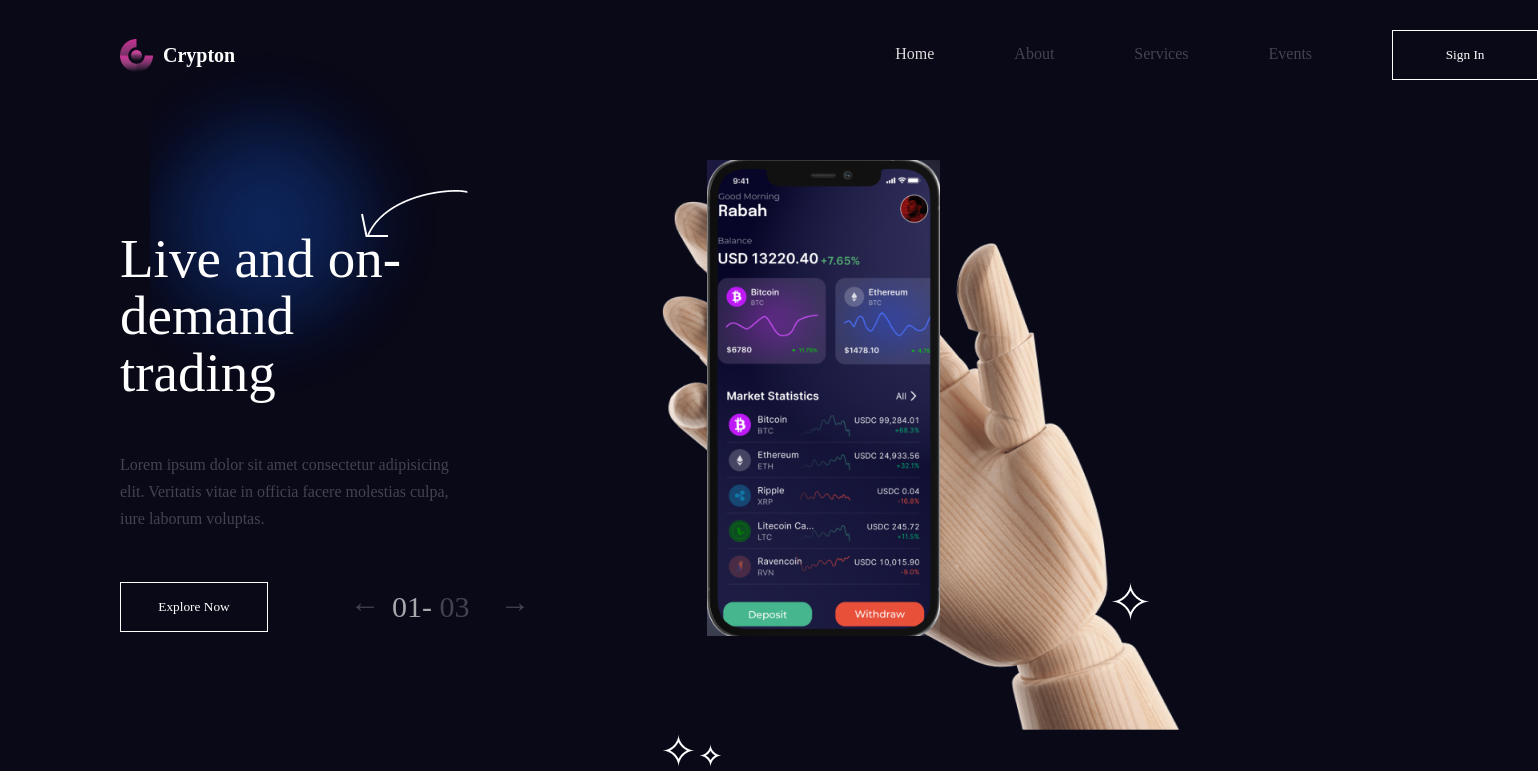
Repository: isaacCodes1/Crypton-Website
Page: index.html
An editor plug-in stored every save of this project. The page is shown before and after the next save, followed by the edit.
The browser window is 1280 px wide. The page is 1538 px wide, so the pictures cover 1538 px, including what lies to the right of the window. The pictures show the whole page.

Above is the page before, as saved 2024-05-14 21:11:56.

### index.html
<!DOCTYPE html>
<html lang="en">
  <head>
    <meta charset="UTF-8" />
    <meta name="viewport" content="width=device-width, initial-scale=1.0" />
    <link rel="stylesheet" href="style.css" />
    <title>Crypton HomePage</title>
  </head>
  <body>
    <header>
      <nav>
        <div class="headerGen">
          <div class="logo">
            <img class="logoImage" src="/Assets/Group 605.png" alt="" />
            <p class="logoText">Crypton</p>
            <ul>
              <li>Home</li>
              <li style="color: #d6d5d54a">About</li>
              <li style="color: #d6d5d54a">Services</li>
              <li style="color: #d6d5d54a">Events</li>
              <button class="sign">Sign In</button>
            </ul>
          </div>
        </div>
      </nav>
    </header>
    <section>
      <div class="firstSectionGeneral">
        <div class="liveTexts">
          <h1 class="liveText"><span><img class="shadow" src="/Assets/shadow.png" alt=""></span><span><img class="arrow" src="/Assets/Arrow_03.png" alt=""></span>Live and on-demand trading</h1>
          <p class="lorem">
            Lorem ipsum dolor sit amet consectetur adipisicing elit. Veritatis
            vitae in officia facere molestias culpa, iure laborum voluptas.
          </p>
          <button class="explore">Explore Now</button>
          <span class="rArrow">&#8592;</span>
          <p class="innerP">01- <span class="theBrownNumber">03</span></p>
          <span class="lArrow">&#8594;</span>
        </div>
      </div>
    </section>
    <section>
      <div class="handDiv">
        <div class="woodenHand">
          <img class="wood" src="/Assets/rabat.png
          " alt="">
          <img class="hand" src="/Assets/Hand.png" alt="">
          <img class="five" src="/Assets/Star 5.png" alt="">
          <img class="six" src="/Assets/Star 6.png" alt="">
          <img class="eight" src="/Assets/Star 8.png" alt="">
        </div>
      </div>
    </section>
  </body>
</html>

### style.css
    * {
    margin: 0;
    padding: 0;
    box-sizing: border-box;
    font-family: "poppins";
    }
body{
    background-color: rgb(9, 9, 24);
}
/* NavBar */
.logo {
    display: flex;
    align-items: center;
    gap: 10px;
    padding-top: 30px;
    margin-left: 120px;
    margin-bottom: 150px;
    cursor: pointer;
}
.logoText{
    font-size: 20px;
    color: #fff;
    margin-right: 650px;
    font-weight: 600;
}
.logo ul{
    display: flex;
    color: #dedcdc;
    list-style: none;
    gap: 80px;
    display: flex;
    align-items: center;
    cursor: pointer;
}
    .logo ul li {
        list-style: none;
        display: inline-block;
        /* padding: 8px 12px; */
        position: relative;
    }
    .logo ul li::after {
        content: "";
        width: 0%;
        height: 2px;
        background: #fff;
        display: block;
        margin: auto;
        transition: 0.5s;
    }
    .logo ul li:hover::after {
        width: 70%;
    }

.sign{
    width: 146px;
    height: 50px;
    border: 1px solid #fff;
    background: transparent;
    color: #fff;
    cursor: pointer;
}
/* Landing Page */
.liveTexts{
    /* display: flex; */
}
.liveText{
    display: flex;
    flex-direction: column;
    font-size: 55px;
    width: 340px;
    line-height: 57px;
    color: #fff;
    margin-left: 120px;
    font-weight: normal;
    margin-bottom: 50px;
}
.shadow{
    width: 25%;
    position: absolute;
    top: 20px;
    left: 150px;
    z-index: -1;
}
.lorem{
    color: #d6d5d54a;
    width: 27%;
    margin-left: 120px;
    line-height: 27px;
    margin-bottom: 50px;
}
.explore{
    margin-left: 120px;
    width: 148px;
    height: 50px;
    background: transparent;
    color: #fff;
    border: 1px solid #fff;
}
.arrow{
    position: absolute;
    top: 120px;
    left: 320px;
}
.rArrow{
    position: absolute;
    font-size: 30px;
    top: 585px;
    left: 350px;
    margin-right: 200px;
    color: #d6d5d54a;
    display: flex;
    align-items: center;
}
.lArrow{
    position: absolute;
    font-size: 30px;
    top: 585px;
    left: 500px;
    color: #d6d5d54a;
    display: flex;
    align-items: center;
}
.innerP{
    position: absolute;
    left: 392px;
    top: 590px;
    color: #ffffffa4;
    font-size: 30px;
}
.theBrownNumber{
    color: #d6d5d54a;
}
/* Wooden Hand Image */
.handDiv{
    display: flex;
    position: absolute;
    top: 190px;
    right: 100px;
}
.hand{
    height: 75vh;
    width: 100%;
}
.wood{
    position: absolute;
    right: 240px;
    top: -30px;
    width: 45%;
}
.five{
    position: absolute;
    right: 30px;
    bottom: 150px;
}

After the next save:
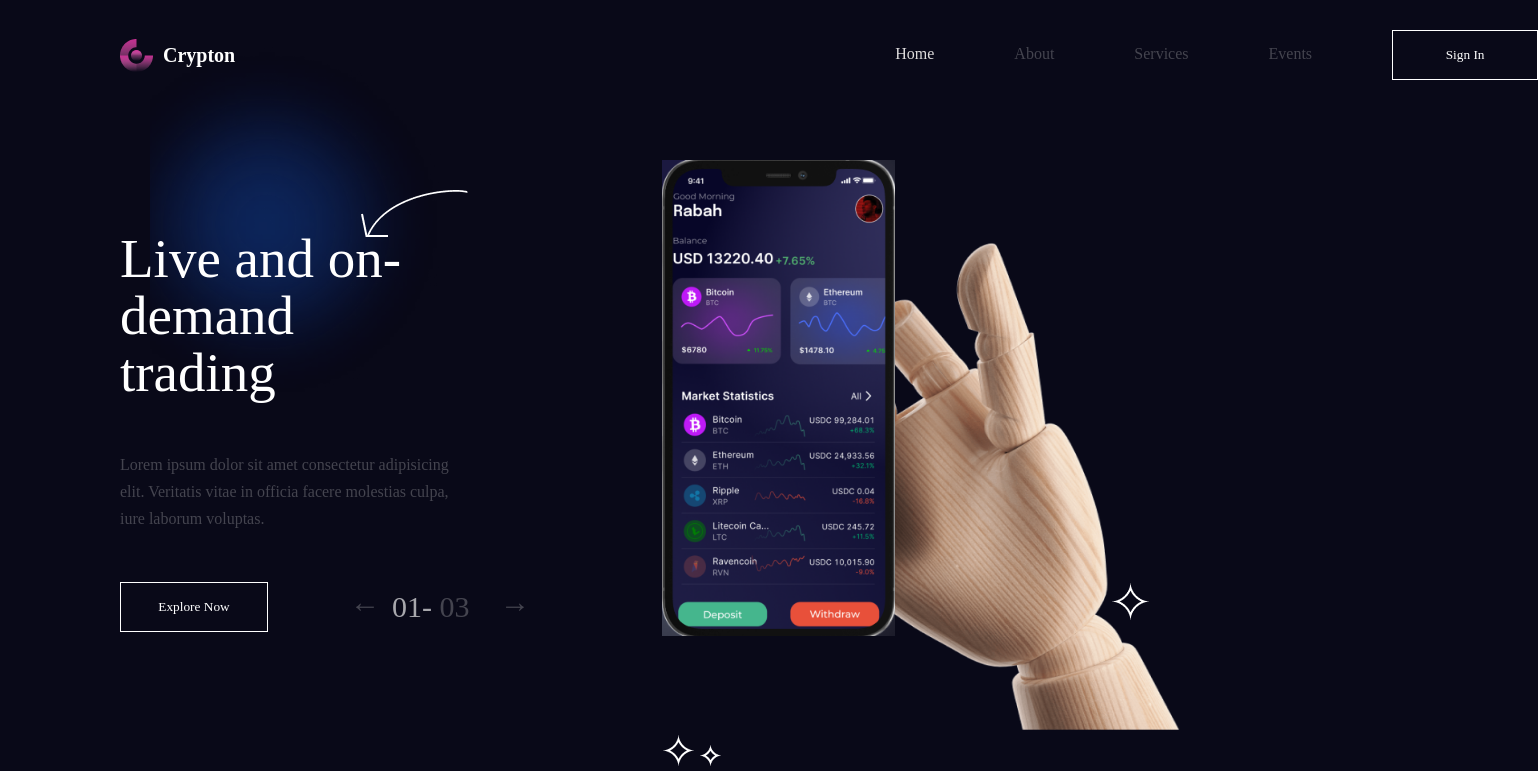
Saved 6 s later.
--- a/style.css
+++ b/style.css
@@ -143,7 +143,7 @@ body{
 }
 .wood{
     position: absolute;
-    right: 240px;
+    right: 239  px;
     top: -30px;
     width: 45%;
 }
